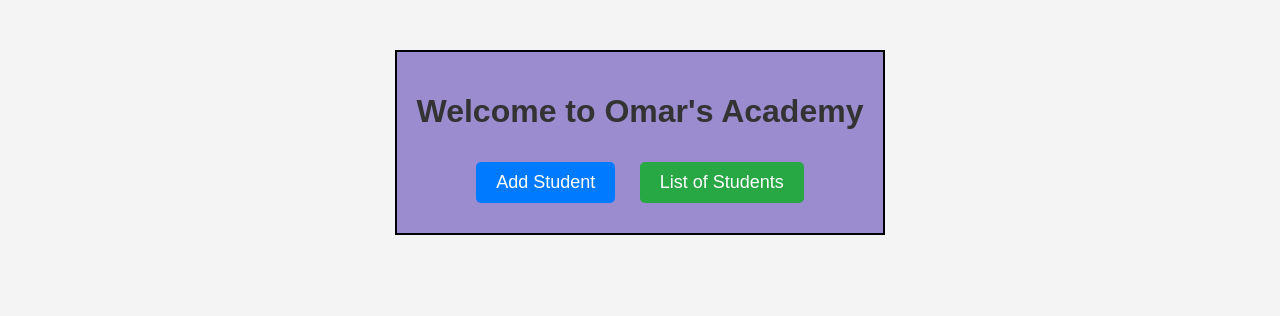
Repository: OmarFaruq97/JspServlet
Page: http://localhost/Form/
An editor plug-in stored every save of this project. The page is shown before and after the next save, followed by the edit.
The browser window is 1280 px wide. The pictures show the whole page.
The page is served by Tomcat 9. Other server files are loaded and not shown.

Above is the page before, as saved 2025-02-07 16:30:36.

### Form/src/main/webapp/index.jsp
<%@ page language="java" contentType="text/html; charset=UTF-8"  pageEncoding="UTF-8"%>
<!DOCTYPE html>
<html lang="en">
<head>
<meta charset="UTF-8">
<title>Home Page</title>
    <style >
    	body {
    font-family: Arial, sans-serif;
    text-align: center;
    background-color: #f4f4f4;
    margin: 0;
    padding: 0;
}

.container {
    margin-top: 50px;
    border: 2px solid black;
    padding: 20px;
    display: inline-block;
     transition: all 0.3s ease;
     background-color: #9a8ccf;
}
.container:hover {
    background-color: #f0f0f0; /* Change the background color on hover */
    border-color: #007BFF; /* Change the border color on hover */
}


h1 {
    color: #333;
}

.buttons {
    margin-top: 20px;
}

.buttons a {
    display: inline-block;
    padding: 10px 20px;
    text-decoration: none;
    font-size: 18px;
    border-radius: 5px;
    margin: 10px;
    color: white;
}

.blue-btn {
    background-color: #007BFF;
}

.green-btn {
    background-color: #28A745;
}

.yellow-btn {
    background-color: #FFC107;
}

    </style>
</head>
<body>
    <div class="container">
        <h1>Welcome to Omar's  Academy</h1>
        <div class="buttons">
            <a class="blue-btn" href="pages/MainForm.jsp">Add Student</a>
            <a class="green-btn" href="pages/list-students.jsp">List of Students</a>
            <!-- <a class="yellow-btn" href="pages/update-student.jsp">Update Student</a> -->
        </div>
    </div>
</body>
</html>

After the next save:
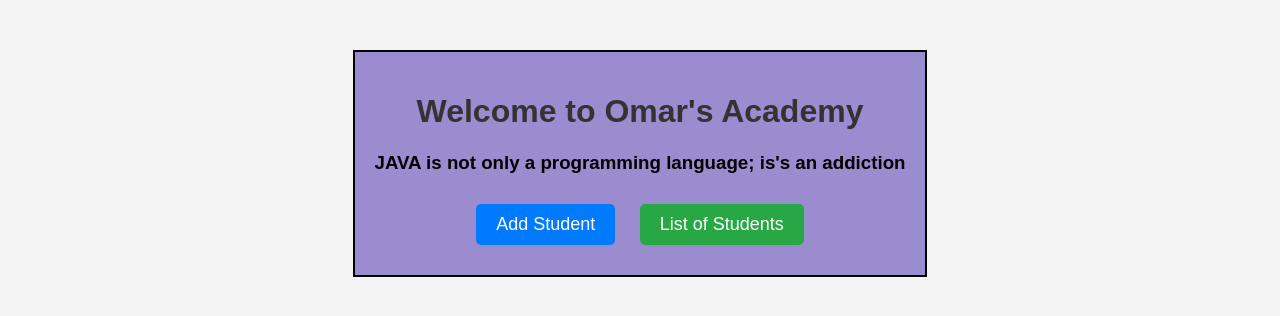
Saved 104 s later.
--- a/Form/src/main/webapp/index.jsp
+++ b/Form/src/main/webapp/index.jsp
@@ -62,6 +62,7 @@
 <body>
     <div class="container">
         <h1>Welcome to Omar's  Academy</h1>
+        <h3>JAVA is not only a programming language; is's an addiction</h3>
         <div class="buttons">
             <a class="blue-btn" href="pages/MainForm.jsp">Add Student</a>
             <a class="green-btn" href="pages/list-students.jsp">List of Students</a>
